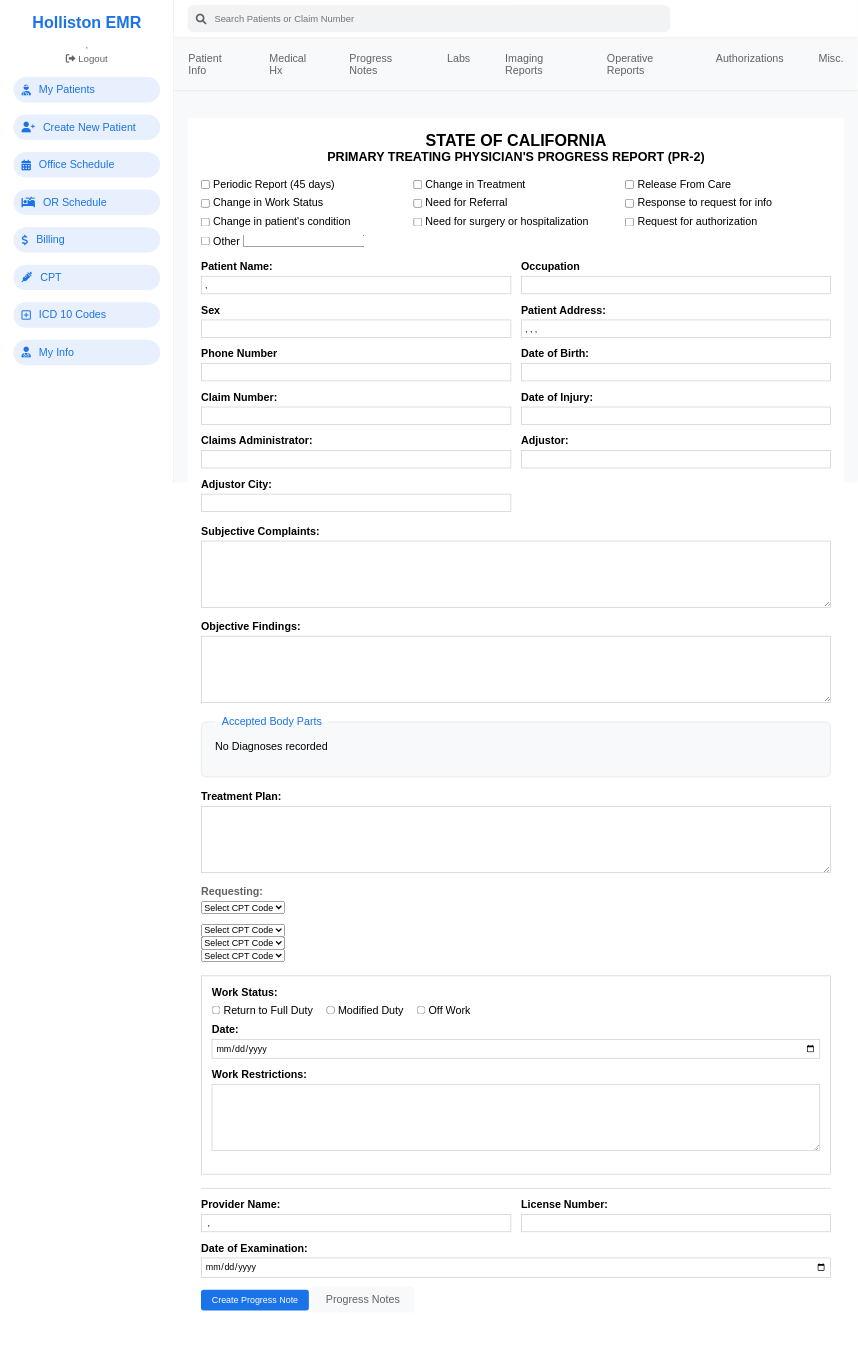
Repository: DavidG626/Flask-Project
Page: templates/create_progress_note.html
The author's editor kept a copy of each file at every save. The page is drawn from the files as they stood at one save, then again after the next save.
The browser window is 1280 px wide. The pictures show the whole page, at 67% of full size.
Some web libraries are served in a nearby version. The page is served by the project's application, run on Flask 3 (tempCodeRunnerFile.py). The template is opened directly, without the code that normally fills it, so the values that code supplies are empty.

Above is the page before, as saved 2025-03-13 22:27:38.

After the next save:
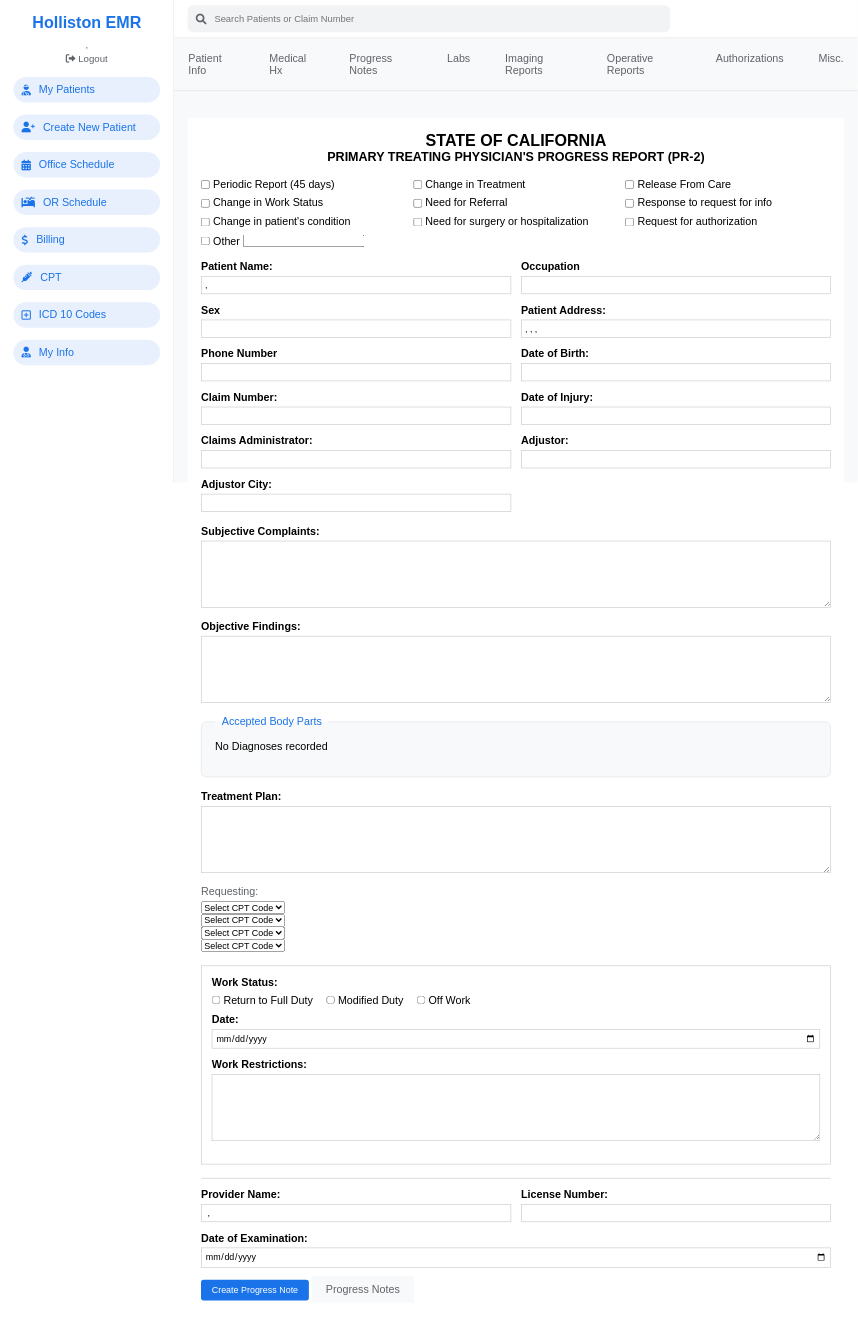
Saved 9 s later.
--- a/templates/create_progress_note.html
+++ b/templates/create_progress_note.html
@@ -250,7 +250,7 @@
 
 
                             <!-- 4 CPT Code dropdown boxes -->
-                            <div class="text-area-field">
+                            <div class="col-3">
                                 <label>Requesting:</label>
                                 <select class="form-control" name="cpt_codes">
                                     <option value="">Select CPT Code</option>
